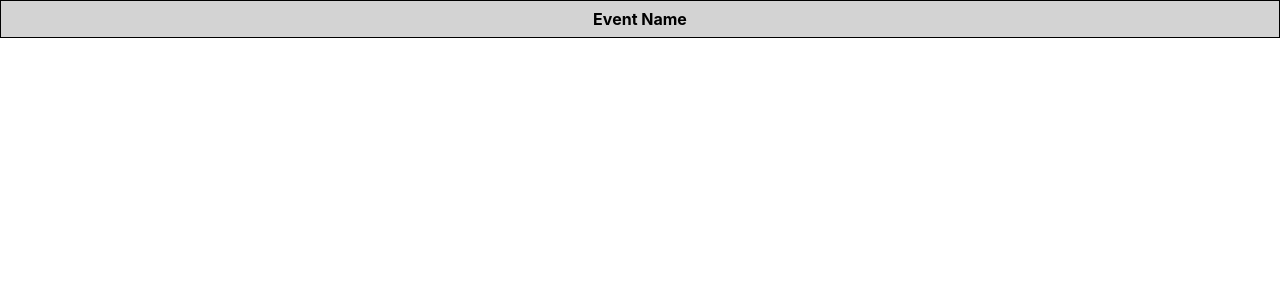
Repository: TauqeerHusain/Assignment
Page: /
The author's editor kept a copy of each file at every save. The page is drawn from the files as they stood at one save, then again after the next save.
The browser window is 1280 px wide. The pictures show the whole page.
The page's requests for data from a server got no answer. The project was rebuilt for these pictures with package versions that can differ from the ones it lists, and the page was loaded fresh each time. No one was signed in, and anything a server would have sent is missing.

Above is the page before, as saved 2023-02-06 19:42:53.

After the next save:
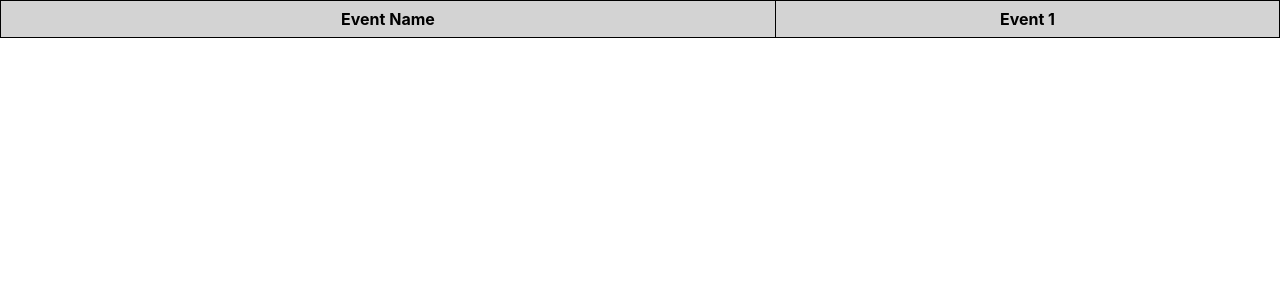
Saved 75 s later.
--- a/src/App.js
+++ b/src/App.js
@@ -11,6 +11,7 @@
       <thead>
         <tr>
           <th>Event Name</th>
+          <th>Event 1</th>
         </tr>
       </thead>
       <tbody>

After the save that followed:
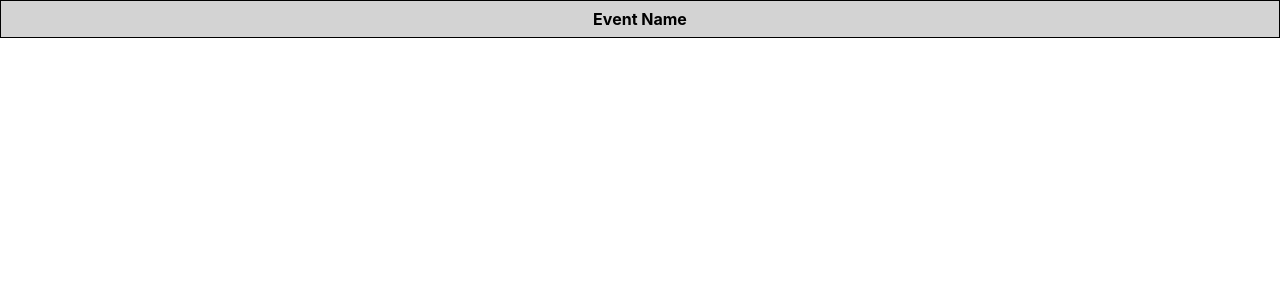
Saved 13 s later.
--- a/src/App.js
+++ b/src/App.js
@@ -4,14 +4,18 @@
 const App = () => {
   const [events, setEvents] = useState([]);
 
-  useEffect(() => {}, []);
+  useEffect(() => {
+    fetch("https://my-api.com/events")
+      .then((response) => response.json())
+      .then((data) => setEvents(data))
+      .catch((error) => console.error(error));
+  }, []);
 
   return (
     <table className="events-table">
       <thead>
         <tr>
           <th>Event Name</th>
-          <th>Event 1</th>
         </tr>
       </thead>
       <tbody>
